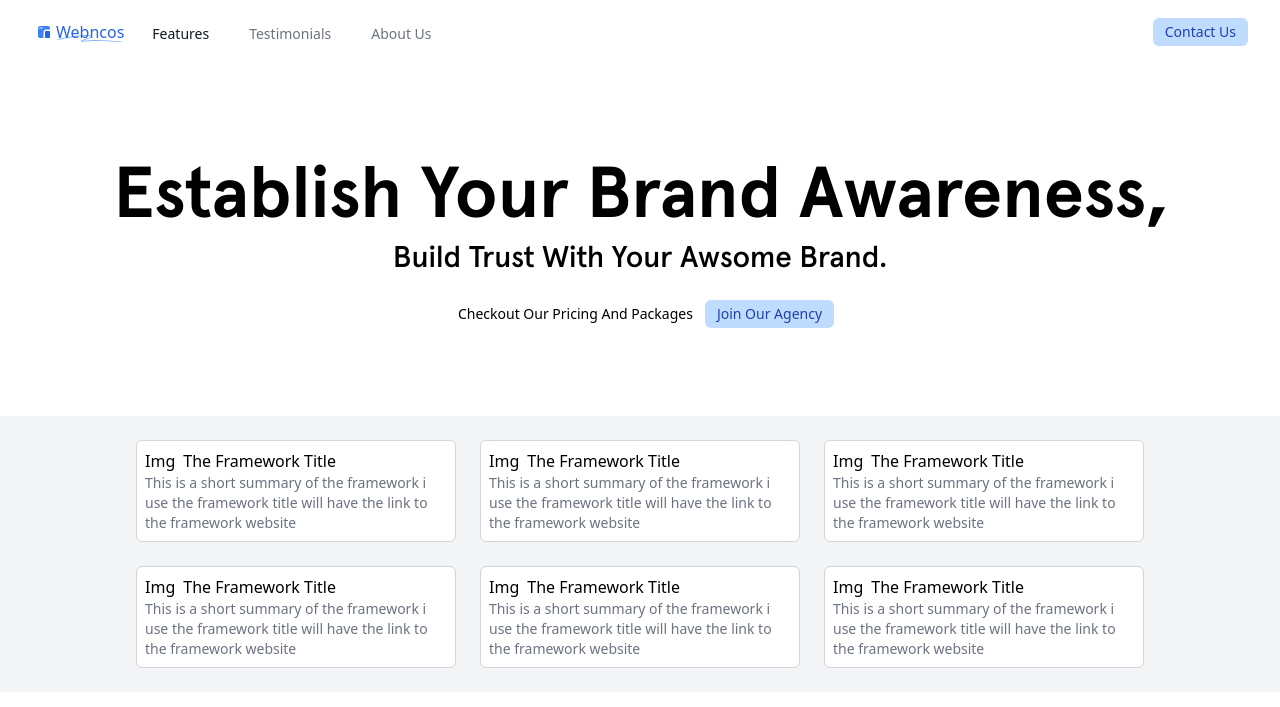
Repository: 1realjulius/webncos
Page: /
The author's editor kept a copy of each file at every save. The page is drawn from the files as they stood at one save, then again after the next save.
The browser window is 1280 px wide. The pictures show the whole page.
The project was rebuilt for these pictures with package versions that can differ from the ones it lists, and the page was loaded fresh each time. A package was used in the major version that the imports need, not the one package.json lists. The framework's server and built-in components were replaced by stand-ins that run in the browser. Also part of the build but not shown: next.config.js.

Above is the page before, as saved 2022-08-22 17:56:31.

### pages/index.tsx
import type { NextPage } from 'next'
import Head from 'next/head'
import MainHome from '../components/MainHome'
import NavigationBar from '../components/NavigationBar'

const Home: NextPage = () => {
  return (
    <div className="flex min-h-screen flex-col">
      <Head>
      <title>Webncos</title>
        <meta name="description" content="Website and Software Development Agency." />
        <meta property="og:type" content="website"/>
        <meta property="og:url" content="https://www.webncos.com/"/>
        <meta property="og:title" content="Webncos — Website and Software Development Agency."/>
        <meta property="og:description" content="Website and Software Development Agency."/>
        {/* <meta property="og:image" content="/Assets/newmemoji.svg"/> */}
        {/* <meta property="twitter:card" content="/Assets/Julius_Eghan.jpg"/> */}
        <meta property="twitter:url" content="https://www.webncos.com/"/>
        <meta property="twitter:title" content="Webncos — Website and Software Development Agency."/>
        <meta property="twitter:description" content="Website and Software Development Agency."/>
        {/* <meta property="twitter:image" content="/Assets/Julius_Eghan.jpg"/> */}
        <link rel="icon" href="/favicon.ico" />
        {/* <meta name="google-site-verification" content="0HesePHVymRqGiL70HUKPIq0Zsap0uUIb_Ci0DpImRY" /> */}
        <meta name="theme-color" content="#f7f2f2"   media="(prefers-color-scheme: light)"/>
        <meta name="theme-color" content="#090c10"   media="(prefers-color-scheme: dark)"/>
      </Head>
      <NavigationBar/>
      <MainHome/>

    </div>
  )
}

export default Home

### styles/globals.css
@tailwind base;
@tailwind components;
@tailwind utilities;

@layer base{
      @font-face{
        font-family: 'ApercuBold';
        src: url("/Fonts/ApercuPro-Bold.woff") format("woff"),url("/Fonts/ApercuPro-Bold.woff2") format("woff2");
      }
      @font-face{
        font-family: 'ApercuMedium';
        src: url("/Fonts/ApercuPro-Medium.woff") format("woff"),url("/Fonts/ApercuPro-Medium.woff2") format("woff2");
      }
    }

### components/MainHome.tsx
import Link from "next/link";
import React from "react";

const MainHome = () => {
  return (
    <div>
      {/* header */}
      <div>
        <div className=" flex flex-col items-center justify-center my-20">
          <div className="pt-4 pb-2">
            <h1 className="text-4xl md:text-7xl text-center font-ApercuBold">
              Establish Your Brand Awareness,
            </h1>
          </div>
          <div className="pb-4">
            <h2 className="text-xl md:text-3xl font-ApercuMedium">
              Build Trust With Your Awsome Brand.
            </h2>
          </div>
          <div className="flex flex-col md:flex-row items-center">
            <div className="px-3 py-1 my-2">
              <Link href="#">
                <h3 className="text-sm">Checkout Our Pricing And Packages</h3>
              </Link>
            </div>
            <div className="px-3 py-1 rounded-md bg-blue-200 my-2">
              <Link href="#">
                <h3 className="text-blue-800 text-sm">Join Our Agency</h3>
              </Link>
            </div>
          </div>
        </div>
      </div>
      {/* Frameworks I use */}
      <div className="flex flex-col items-center py-4 bg-gray-100">
        <div className="flex flex-col md:grid md:grid-cols-3 gap-2 items-center max-w-5xl mx-auto ">
          <div className="flex flex-col border border-gray-300 bg-white p-2 rounded-md m-2">
            <div className="flex flex-row items-center space-x-2">
              <span>Img</span>
              <h3>The Framework Title</h3>
            </div>
            <div className="text-sm">
              <p className="text-gray-500">
                This is a short summary of the framework i use the framework
                title will have the link to the framework website
              </p>
            </div>
          </div>
          <div className="flex flex-col border border-gray-300 bg-white p-2 rounded-md m-2">
            <div className="flex flex-row items-center space-x-2">
              <span>Img</span>
              <h3>The Framework Title</h3>
            </div>
            <div className="text-sm">
              <p className="text-gray-500">
                This is a short summary of the framework i use the framework
                title will have the link to the framework website
              </p>
            </div>
          </div>
          <div className="flex flex-col border border-gray-300 bg-white p-2 rounded-md m-2">
            <div className="flex flex-row items-center space-x-2">
              <span>Img</span>
              <h3>The Framework Title</h3>
            </div>
            <div className="text-sm">
              <p className="text-gray-500">
                This is a short summary of the framework i use the framework
                title will have the link to the framework website
              </p>
            </div>
          </div>
          <div className="flex flex-col border border-gray-300 bg-white p-2 rounded-md m-2">
            <div className="flex flex-row items-center space-x-2">
              <span>Img</span>
              <h3>The Framework Title</h3>
            </div>
            <div className="text-sm">
              <p className="text-gray-500">
                This is a short summary of the framework i use the framework
                title will have the link to the framework website
              </p>
            </div>
          </div>
          <div className="flex flex-col border border-gray-300 bg-white p-2 rounded-md m-2">
            <div className="flex flex-row items-center space-x-2">
              <span>Img</span>
              <h3>The Framework Title</h3>
            </div>
            <div className="text-sm">
              <p className="text-gray-500">
                This is a short summary of the framework i use the framework
                title will have the link to the framework website
              </p>
            </div>
          </div>
          <div className="flex flex-col border border-gray-300 bg-white p-2 rounded-md m-2">
            <div className="flex flex-row items-center space-x-2">
              <span>Img</span>
              <h3>The Framework Title</h3>
            </div>
            <div className="text-sm">
              <p className="text-gray-500">
                This is a short summary of the framework i use the framework
                title will have the link to the framework website
              </p>
            </div>
          </div>
        </div>
      </div>
      {/* Services We offer (Features) */}
      <div>
      </div>
      {/* Testimonials */}
      <div></div>
      {/* FAQs */}
      <div></div>
      {/* Other Sections */}
      <div></div>
    </div>
  );
};

export default MainHome;

### components/NavigationBar.tsx
/* This example requires Tailwind CSS v2.0+ */
import { Fragment } from "react";
import { Disclosure, Menu, Transition } from "@headlessui/react";
import { BellIcon, MenuIcon, XIcon } from "@heroicons/react/outline";

function classNames(...classes: string[]) {
  return classes.filter(Boolean).join(" ");
}

export default function NavigationBar() {
  return (
    <Disclosure as="nav" className="bg-white">
      {({ open }) => (
        <>
          <div className="max-w-7xl mx-auto px-4 sm:px-6 lg:px-8">
            <div className="flex justify-between h-16">
              <div className="flex">
                <div className="flex-shrink-0 flex items-center">
                  {/* the logo */}
                  <h1 className="text-base leading-none flex flex-row items-center">
                    <span>
                      <svg className="h-6 w-6 " viewBox="0 0 24 24" fill="none">
                        <path
                          fillRule="evenodd"
                          clipRule="evenodd"
                          d="M8 6C6.89543 6 6 6.89543 6 8V16C6 17.1046 6.89543 18 8 18H10.5C11.0523 18 11.5 17.5523 11.5 17V12C11.5 10.6193 12.6193 9.5 14 9.5H18V8C18 6.89543 17.1046 6 16 6H8ZM7.25 8C7.25 7.58579 7.58579 7.25 8 7.25H8.01C8.42421 7.25 8.76 7.58579 8.76 8C8.76 8.41421 8.42421 8.75 8.01 8.75H8C7.58579 8.75 7.25 8.41421 7.25 8ZM10 7.25C9.58579 7.25 9.25 7.58579 9.25 8C9.25 8.41421 9.58579 8.75 10 8.75H10.01C10.4242 8.75 10.76 8.41421 10.76 8C10.76 7.58579 10.4242 7.25 10.01 7.25H10Z"
                          fill="#E879F9"
                          className="fill-blue-500 "
                        ></path>
                        <path
                          d="M13 12C13 11.4477 13.4477 11 14 11H17C17.5523 11 18 11.4477 18 12V17C18 17.5523 17.5523 18 17 18H14C13.4477 18 13 17.5523 13 17V12Z"
                          fill="#F0ABFC"
                          className="fill-blue-600 "
                        ></path>
                      </svg>
                    </span>
                    <span className="relative whitespace-nowrap text-blue-600 cursor-pointer">
                      <svg
                        aria-hidden="true"
                        viewBox="0 0 418 42"
                        className="absolute top-2/3 left-0 h-[0.48em] w-full fill-blue-500/60"
                        preserveAspectRatio="none"
                      >
                        <path d="M203.371.916c-26.013-2.078-76.686 1.963-124.73 9.946L67.3 12.749C35.421 18.062 18.2 21.766 6.004 25.934 1.244 27.561.828 27.778.874 28.61c.07 1.214.828 1.121 9.595-1.176 9.072-2.377 17.15-3.92 39.246-7.496C123.565 7.986 157.869 4.492 195.942 5.046c7.461.108 19.25 1.696 19.17 2.582-.107 1.183-7.874 4.31-25.75 10.366-21.992 7.45-35.43 12.534-36.701 13.884-2.173 2.308-.202 4.407 4.442 4.734 2.654.187 3.263.157 15.593-.78 35.401-2.686 57.944-3.488 88.365-3.143 46.327.526 75.721 2.23 130.788 7.584 19.787 1.924 20.814 1.98 24.557 1.332l.066-.011c1.201-.203 1.53-1.825.399-2.335-2.911-1.31-4.893-1.604-22.048-3.261-57.509-5.556-87.871-7.36-132.059-7.842-23.239-.254-33.617-.116-50.627.674-11.629.54-42.371 2.494-46.696 2.967-2.359.259 8.133-3.625 26.504-9.81 23.239-7.825 27.934-10.149 28.304-14.005.417-4.348-3.529-6-16.878-7.066Z"></path>
                      </svg>
                      <span className="relative leading-none">Webncos</span>
                    </span>
                  </h1>
                </div>
                <div className="hidden sm:ml-6 sm:flex sm:space-x-8">
                  <a
                    href="#"
                    className="text-gray-900 inline-flex items-center px-1 pt-1 text-sm "
                  >
                    Features
                  </a>
                  <a
                    href="#"
                    className=" text-gray-500 hover:text-gray-700 inline-flex items-center px-1 pt-1  text-sm"
                  >
                    Testimonials
                  </a>
                  <a
                    href="#"
                    className=" text-gray-500 hover:text-gray-700 inline-flex items-center px-1 pt-1  text-sm"
                  >
                    About Us
                  </a>
                </div>
              </div>
              <div className="hidden sm:ml-6 sm:flex sm:items-center">
              <div className="px-3 py-1 bg-blue-200 rounded-md">
                    <h2 className="text-blue-800 text-sm">Contact Us</h2>
                </div>
              </div>
              <div className="-mr-2 flex items-center sm:hidden">
                {/* Mobile menu button */}
                <Disclosure.Button className="inline-flex items-center justify-center p-2 rounded-full text-gray-400 hover:text-gray-500 hover:bg-gray-100 ">
                  <span className="sr-only">Open main menu</span>
                  {open ? (
                    <XIcon className="block h-6 w-6" aria-hidden="true" />
                  ) : (
                    <MenuIcon className="block h-6 w-6" aria-hidden="true" />
                  )}
                </Disclosure.Button>
              </div>
            </div>
          </div>

          <Disclosure.Panel className="sm:hidden border-2 rounded-lg px-4 mx-2">
            <div className="flex flex-col py-1 space-y-1">
                <a href="#">Features</a>
                <a href="#">Testimonials</a>
                <a href="#">About Us</a>
            </div>
            <div className="flex py-2">
                <div className="px-3 py-1 bg-blue-200 rounded-md">
                    <h2 className="text-blue-800 text-sm">Contact Us</h2>
                </div>
            </div>
          </Disclosure.Panel>
        </>
      )}
    </Disclosure>
  );
}

### tailwind.config.js
/** @type {import('tailwindcss').Config} */
module.exports = {
  content: [
    './pages/**/*.{js,ts,jsx,tsx}',
    './components/**/*.{js,ts,jsx,tsx}',
  ],
  theme: {
    extend: {
      fontFamily: {
        ApercuBold: 'ApercuBold, sans',
        ApercuMedium: 'ApercuMedium, sans',
      },
    },
  },
  plugins: [],
}

Loaded but not shown: pages/_app.tsx (common file)

After the next save:
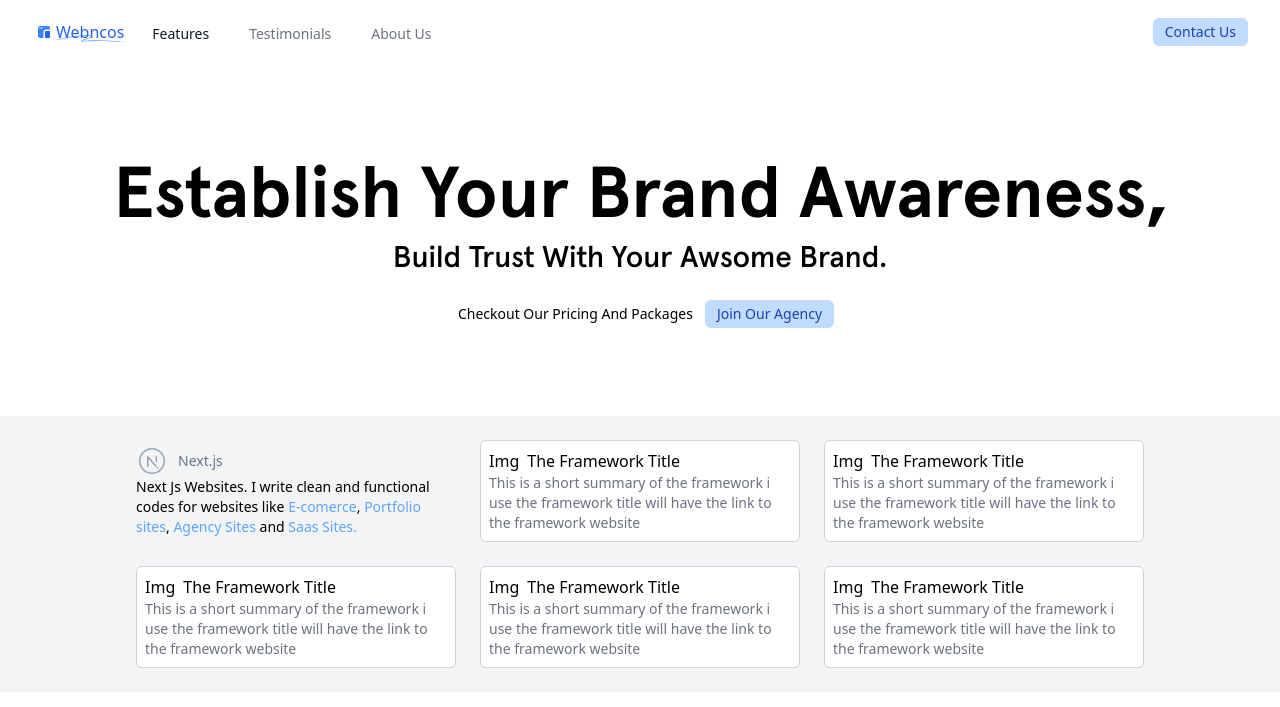
Saved 3 min 27 s later.
--- a/components/MainHome.tsx
+++ b/components/MainHome.tsx
@@ -34,18 +34,65 @@ const MainHome = () => {
       {/* Frameworks I use */}
       <div className="flex flex-col items-center py-4 bg-gray-100">
         <div className="flex flex-col md:grid md:grid-cols-3 gap-2 items-center max-w-5xl mx-auto ">
-          <div className="flex flex-col border border-gray-300 bg-white p-2 rounded-md m-2">
-            <div className="flex flex-row items-center space-x-2">
-              <span>Img</span>
-              <h3>The Framework Title</h3>
+        <div className="flex flex-col items-start pt-2 p-2 ">
+              <div className="flex items-center text-sm font-medium text-slate-500">
+                <svg
+                  fill="none"
+                  xmlns="http://www.w3.org/2000/svg"
+                  className="h-8 w-8 flex-none stroke-slate-400"
+                  strokeWidth="1.5"
+                  strokeLinecap="round"
+                  strokeLinejoin="round"
+                >
+                  <defs>
+                    <linearGradient
+                      id="next-icon-gradient"
+                      x1="14.875"
+                      y1="18"
+                      x2="24"
+                      y2="27.125"
+                      gradientUnits="userSpaceOnUse"
+                    >
+                      <stop offset=".24" stopColor="#94A3B8"></stop>
+                      <stop
+                        offset="1"
+                        stopColor="#94A3B8"
+                        stopOpacity="0"
+                      ></stop>
+                    </linearGradient>
+                  </defs>
+                  <circle
+                    cx="16"
+                    cy="16"
+                    r="12.25"
+                    stroke="#94A3B8"
+                    strokeWidth="1.5"
+                    strokeLinecap="round"
+                    strokeLinejoin="round"
+                  ></circle>
+                  <path
+                    d="M11.75 21.25v-9.5L24 26"
+                    stroke="url(#next-icon-gradient)"
+                    strokeWidth="1.5"
+                    strokeLinecap="round"
+                    strokeLinejoin="round"
+                  ></path>
+                  <path
+                    d="M21 11.75a.75.75 0 0 0-1.5 0v4.172l1.5 1.64V11.75Z"
+                    fill="#94A3B8"
+                    strokeWidth="0"
+                  ></path>
+                </svg>
+                <span className="ml-2.5 font-cadizMedium">Next.js</span>
+              </div>
+              <h2 className="text-sm font-cadizMedium">
+                Next Js Websites. I write clean and functional codes for
+                websites like <span className="text-blue-400"> E-comerce</span>,{" "}
+                <span className="text-blue-400">Portfolio sites</span>,
+                <span className="text-blue-400"> Agency Sites</span> and{" "}
+                <span className="text-blue-400">Saas Sites.</span>
+              </h2>
             </div>
-            <div className="text-sm">
-              <p className="text-gray-500">
-                This is a short summary of the framework i use the framework
-                title will have the link to the framework website
-              </p>
-            </div>
-          </div>
           <div className="flex flex-col border border-gray-300 bg-white p-2 rounded-md m-2">
             <div className="flex flex-row items-center space-x-2">
               <span>Img</span>
